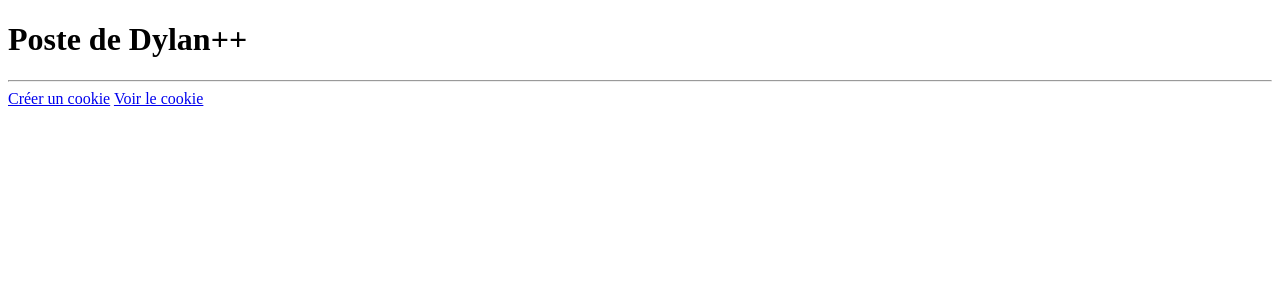
Repository: DylanCahu/cookie
Page: index.html
The author's editor kept a copy of each file at every save. The page is drawn from the files as they stood at one save, then again after the next save.
The browser window is 1280 px wide. The pictures show the whole page.

Above is the page before, as saved 2021-12-10 14:04:56.

After the next save:
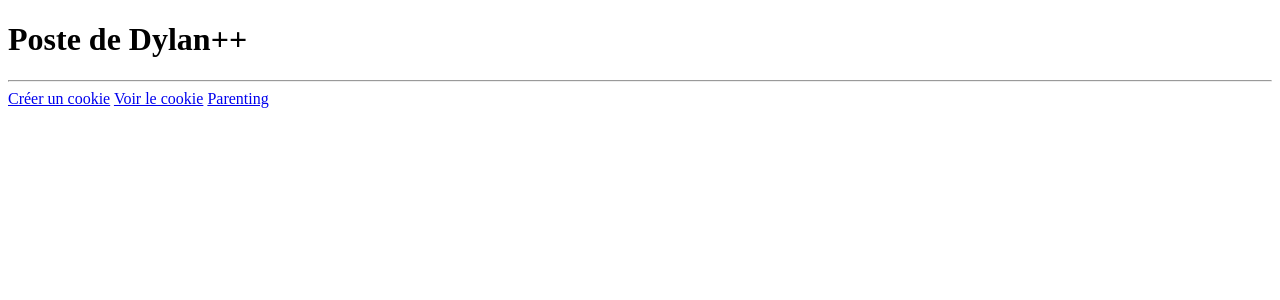
Saved 16 s later.
--- a/index.html
+++ b/index.html
@@ -1,7 +1,7 @@
 <!DOCTYPE html>
 <html>
     <head>
-        <title>JS</title>
+        <title>Index Cookies</title>
         <meta charset="utf-8">
 
     </head>
@@ -12,6 +12,7 @@
 
         <a href="/cookie/connect.php">Créer un cookie</a>
         <a href="/cookie/consult.php">Voir le cookie</a>
+        <a href="/cookie/consult.php">Parenting</a>
 
     </body>
 </html>
